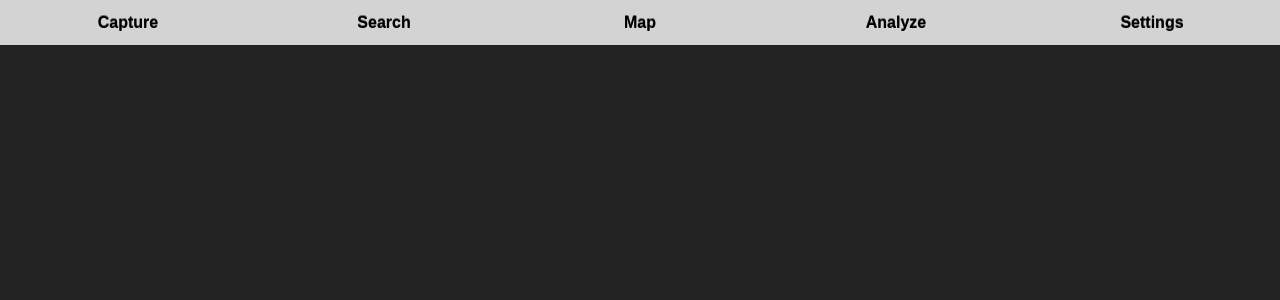
Repository: alightnin/WiFiGeolocator
Page: Final Project/WifiGeolocator/assets/www/index.html
The author's editor kept a copy of each file at every save. The page is drawn from the files as they stood at one save, then again after the next save.
The browser window is 1280 px wide. The pictures show the whole page.

Above is the page before, as saved 2012-10-17 15:23:31.
Not found: Final Project/WifiGeolocator/assets/www/js/app.js

### Final Project/WifiGeolocator/assets/www/index.html
<!DOCTYPE HTML>
<html>
	<head>
		<meta name="viewport" content="width=device-width, initial-scale=1.0, user-scalable=0, minimum-scale=1.0, maximum-scale=1.0">
		<meta name="apple-mobile-web-app-capable" content="yes" />
		<link rel="stylesheet" href="css/geolocator.css">
		<script src="cordova-2.0.0.js"></script>
		<script src="js/iscroll-lite.js"></script>
		<script src="js/jquery-1.8.2.min.js"></script>
		<script src="js/app.js"></script>
		<script>
		$('#tab-bar a').on('click', function(e){
		    e.preventDefault();
		    var nextPage = $(e.target.hash);
		    $("#pages .current").removeClass("current");
		    nextPage.addClass("current");
		});
		</script>
		<title>WiFi GeoLocator</title>
	</head>
	<body>
		<header>
			<ul id="tab-bar">
    			<li><a href="#capture">Capture</a></li>
    			<li><a href="#search">Search</a></li>
    			<li><a href="#map">Map</a></li>
    			<li><a href="#analyze">Analyze</a></li>
    			<li><a href="#settings">Settings</a></li>
			</ul>
		</header>
		<div id="wrapper">
			<div id="main-content">
				<div id="pages">
    				<div id="capture" class="current">
    				</div>
    				<div id="search">
    				</div>
    				<div id="map">
    				</div>
    				<div id="analyze">
    				</div>
    				<div id="settings">
    				</div>
				</div>
			</div>
		</div>
	</body>
</html>

### Final Project/WifiGeolocator/assets/www/css/geolocator.css
html, body{
 margin: 0;
 padding: 0;
 border: 0;
}
body {
 font-family:Arial,  sans-serif;
 line-height:1.5;
 font-size:16px;
 background: #fff;
 padding:5px;
 color: #000000;
 word-wrap: break-word;
 -webkit-text-size-adjust: none;
}
h1, h2, h3, h4, h5, h6{ font-weight: normal; }
p img { float: left; margin: 0 10px 5px 0; padding: 0; }
img { border: 0; max-width: 100%; }
body{
    background: #222;
}
header{
    top:0; left:0;
    height:45px;
}
footer {
    bottom:0; left:0;
    height:48px;
    background-color:#c27b00;
    border-top:1px solid #eee;
}
header, footer{
    background-color:#d3d3d3;
    padding:0;
    position:absolute;
    z-index:2;
    font-size:16px;
    width:100%;
    text-align:center;
    color:#000000;
    font-weight:bold;
    text-shadow:0 -1px 0 rgba(0,0,0,0.5);
    line-height:45px;
}
h1{
    margin:0;
    text-transform: uppercase;
}
#wrapper {
    position:absolute;
    z-index:1;
    top:45px; bottom:48px; left:0;
    width:100%;
    overflow:auto;
}
#main-content {
    position:absolute;
    z-index:1;
    width:100%;
    padding:0;
}
#tab-bar{
    margin:0;
    padding:0;
}
#tab-bar li {
    display: inline;
    float:left;
    width: 20%;
}
#tab-bar a {
    color: #000000;
    display: block;
    overflow: hidden;
    position: relative;
    text-align: center;
    text-decoration: none;
    -webkit-touch-callout:none;
}
#pages > div {
    display: none;
    position: absolute;
    top:0;left:0;
    width:100%;
}
#pages > div.current {
    display: block;
}
#pages{
    position:relative;
}
.in, .out {
    -webkit-animation-timing-function: ease-in-out;
    -webkit-animation-duration: 400ms;
}
@-webkit-keyframes fade-in {
    from { opacity: 0; } to { opacity: 1; }
}
.fade.in {
    -webkit-animation-name: fade-in;
    z-index: 5;
}
.fade.out {
    z-index: 0;
}

### Final Project/WifiGeolocator/assets/www/js/iscroll-lite.js
/*!
 * iScroll Lite base on iScroll v4.1.6 ~ Copyright (c) 2011 Matteo Spinelli, http://cubiq.org
 * Released under MIT license, http://cubiq.org/license
 */

(function(){
var m = Math,
	mround = function (r) { return r >> 0; },
	vendor = (/webkit/i).test(navigator.appVersion) ? 'webkit' :
		(/firefox/i).test(navigator.userAgent) ? 'Moz' :
		'opera' in window ? 'O' : '',

    // Browser capabilities
    isAndroid = (/android/gi).test(navigator.appVersion),
    isIDevice = (/iphone|ipad/gi).test(navigator.appVersion),
    isPlaybook = (/playbook/gi).test(navigator.appVersion),
    isTouchPad = (/hp-tablet/gi).test(navigator.appVersion),

    has3d = 'WebKitCSSMatrix' in window && 'm11' in new WebKitCSSMatrix(),
    hasTouch = 'ontouchstart' in window && !isTouchPad,
    hasTransform = vendor + 'Transform' in document.documentElement.style,
    hasTransitionEnd = isIDevice || isPlaybook,

	nextFrame = (function() {
	    return window.requestAnimationFrame
			|| window.webkitRequestAnimationFrame
			|| window.mozRequestAnimationFrame
			|| window.oRequestAnimationFrame
			|| window.msRequestAnimationFrame
			|| function(callback) { return setTimeout(callback, 17); }
	})(),
	cancelFrame = (function () {
	    return window.cancelRequestAnimationFrame
			|| window.webkitCancelAnimationFrame
			|| window.webkitCancelRequestAnimationFrame
			|| window.mozCancelRequestAnimationFrame
			|| window.oCancelRequestAnimationFrame
			|| window.msCancelRequestAnimationFrame
			|| clearTimeout
	})(),

	// Events
	RESIZE_EV = 'onorientationchange' in window ? 'orientationchange' : 'resize',
	START_EV = hasTouch ? 'touchstart' : 'mousedown',
	MOVE_EV = hasTouch ? 'touchmove' : 'mousemove',
	END_EV = hasTouch ? 'touchend' : 'mouseup',
	CANCEL_EV = hasTouch ? 'touchcancel' : 'mouseup',

	// Helpers
	trnOpen = 'translate' + (has3d ? '3d(' : '('),
	trnClose = has3d ? ',0)' : ')',

	// Constructor
	iScroll = function (el, options) {
		var that = this,
			doc = document,
			i;

		that.wrapper = typeof el == 'object' ? el : doc.getElementById(el);
		that.wrapper.style.overflow = 'hidden';
		that.scroller = that.wrapper.children[0];

		// Default options
		that.options = {
			hScroll: true,
			vScroll: true,
			x: 0,
			y: 0,
			bounce: true,
			bounceLock: false,
			momentum: true,
			lockDirection: true,
			useTransform: true,
			useTransition: false,

			// Events
			onRefresh: null,
			onBeforeScrollStart: function (e) { e.preventDefault(); },
			onScrollStart: null,
			onBeforeScrollMove: null,
			onScrollMove: null,
			onBeforeScrollEnd: null,
			onScrollEnd: null,
			onTouchEnd: null,
			onDestroy: null
		};

		// User defined options
		for (i in options) that.options[i] = options[i];

		// Set starting position
		that.x = that.options.x;
		that.y = that.options.y;

		// Normalize options
		that.options.useTransform = hasTransform ? that.options.useTransform : false;
		that.options.hScrollbar = that.options.hScroll && that.options.hScrollbar;
		that.options.vScrollbar = that.options.vScroll && that.options.vScrollbar;
		that.options.useTransition = hasTransitionEnd && that.options.useTransition;

		// Set some default styles
		that.scroller.style[vendor + 'TransitionProperty'] = that.options.useTransform ? '-' + vendor.toLowerCase() + '-transform' : 'top left';
		that.scroller.style[vendor + 'TransitionDuration'] = '0';
		that.scroller.style[vendor + 'TransformOrigin'] = '0 0';
		if (that.options.useTransition) that.scroller.style[vendor + 'TransitionTimingFunction'] = 'cubic-bezier(0.33,0.66,0.66,1)';

		if (that.options.useTransform) that.scroller.style[vendor + 'Transform'] = trnOpen + that.x + 'px,' + that.y + 'px' + trnClose;
		else that.scroller.style.cssText += ';position:absolute;top:' + that.y + 'px;left:' + that.x + 'px';

		that.refresh();

		that._bind(RESIZE_EV, window);
		that._bind(START_EV);
		if (!hasTouch) that._bind('mouseout', that.wrapper);
	};

// Prototype
iScroll.prototype = {
	enabled: true,
	x: 0,
	y: 0,
	steps: [],
	scale: 1,

	handleEvent: function (e) {
		var that = this;
		switch(e.type) {
			case START_EV:
				if (!hasTouch && e.button !== 0) return;
				that._start(e);
				break;
			case MOVE_EV: that._move(e); break;
			case END_EV:
			case CANCEL_EV: that._end(e); break;
			case RESIZE_EV: that._resize(); break;
			case 'mouseout': that._mouseout(e); break;
			case 'webkitTransitionEnd': that._transitionEnd(e); break;
		}
	},

	_resize: function () {
		this.refresh();
	},

	_pos: function (x, y) {
		x = this.hScroll ? x : 0;
		y = this.vScroll ? y : 0;

		if (this.options.useTransform) {
			this.scroller.style[vendor + 'Transform'] = trnOpen + x + 'px,' + y + 'px' + trnClose + ' scale(' + this.scale + ')';
		} else {
			x = mround(x);
			y = mround(y);
			this.scroller.style.left = x + 'px';
			this.scroller.style.top = y + 'px';
		}

		this.x = x;
		this.y = y;
	},

	_start: function (e) {
		var that = this,
			point = hasTouch ? e.touches[0] : e,
			matrix, x, y;

		if (!that.enabled) return;

		if (that.options.onBeforeScrollStart) that.options.onBeforeScrollStart.call(that, e);

		if (that.options.useTransition) that._transitionTime(0);

		that.moved = false;
		that.animating = false;
		that.zoomed = false;
		that.distX = 0;
		that.distY = 0;
		that.absDistX = 0;
		that.absDistY = 0;
		that.dirX = 0;
		that.dirY = 0;

		if (that.options.momentum) {
			if (that.options.useTransform) {
				// Very lame general purpose alternative to CSSMatrix
				matrix = getComputedStyle(that.scroller, null)[vendor + 'Transform'].replace(/[^0-9-.,]/g, '').split(',');
				x = matrix[4] * 1;
				y = matrix[5] * 1;
			} else {
				x = getComputedStyle(that.scroller, null).left.replace(/[^0-9-]/g, '') * 1;
				y = getComputedStyle(that.scroller, null).top.replace(/[^0-9-]/g, '') * 1;
			}

			if (x != that.x || y != that.y) {
				if (that.options.useTransition) that._unbind('webkitTransitionEnd');
				else cancelFrame(that.aniTime);
				that.steps = [];
				that._pos(x, y);
			}
		}

		that.startX = that.x;
		that.startY = that.y;
		that.pointX = point.pageX;
		that.pointY = point.pageY;

		that.startTime = e.timeStamp || Date.now();

		if (that.options.onScrollStart) that.options.onScrollStart.call(that, e);

		that._bind(MOVE_EV);
		that._bind(END_EV);
		that._bind(CANCEL_EV);
	},

	_move: function (e) {
		var that = this,
			point = hasTouch ? e.touches[0] : e,
			deltaX = point.pageX - that.pointX,
			deltaY = point.pageY - that.pointY,
			newX = that.x + deltaX,
			newY = that.y + deltaY,
			timestamp = e.timeStamp || Date.now();

		if (that.options.onBeforeScrollMove) that.options.onBeforeScrollMove.call(that, e);

		that.pointX = point.pageX;
		that.pointY = point.pageY;

		// Slow down if outside of the boundaries
		if (newX > 0 || newX < that.maxScrollX) {
			newX = that.options.bounce ? that.x + (deltaX / 2) : newX >= 0 || that.maxScrollX >= 0 ? 0 : that.maxScrollX;
		}
		if (newY > 0 || newY < that.maxScrollY) {
			newY = that.options.bounce ? that.y + (deltaY / 2) : newY >= 0 || that.maxScrollY >= 0 ? 0 : that.maxScrollY;
		}

		that.distX += deltaX;
		that.distY += deltaY;
		that.absDistX = m.abs(that.distX);
		that.absDistY = m.abs(that.distY);

		if (that.absDistX < 6 && that.absDistY < 6) {
			return;
		}

		// Lock direction
		if (that.options.lockDirection) {
			if (that.absDistX > that.absDistY + 5) {
				newY = that.y;
				deltaY = 0;
			} else if (that.absDistY > that.absDistX + 5) {
				newX = that.x;
				deltaX = 0;
			}
		}

		that.moved = true;
		that._pos(newX, newY);
		that.dirX = deltaX > 0 ? -1 : deltaX < 0 ? 1 : 0;
		that.dirY = deltaY > 0 ? -1 : deltaY < 0 ? 1 : 0;

		if (timestamp - that.startTime > 300) {
			that.startTime = timestamp;
			that.startX = that.x;
			that.startY = that.y;
		}

		if (that.options.onScrollMove) that.options.onScrollMove.call(that, e);
	},

	_end: function (e) {
		if (hasTouch && e.touches.length != 0) return;

		var that = this,
			point = hasTouch ? e.changedTouches[0] : e,
			target, ev,
			momentumX = { dist:0, time:0 },
			momentumY = { dist:0, time:0 },
			duration = (e.timeStamp || Date.now()) - that.startTime,
			newPosX = that.x,
			newPosY = that.y,
			newDuration;

		that._unbind(MOVE_EV);
		that._unbind(END_EV);
		that._unbind(CANCEL_EV);

		if (that.options.onBeforeScrollEnd) that.options.onBeforeScrollEnd.call(that, e);

		if (!that.moved) {
			if (hasTouch) {
				// Find the last touched element
				target = point.target;
				while (target.nodeType != 1) target = target.parentNode;

				if (target.tagName != 'SELECT' && target.tagName != 'INPUT' && target.tagName != 'TEXTAREA') {
					ev = document.createEvent('MouseEvents');
					ev.initMouseEvent('click', true, true, e.view, 1,
						point.screenX, point.screenY, point.clientX, point.clientY,
						e.ctrlKey, e.altKey, e.shiftKey, e.metaKey,
						0, null);
					ev._fake = true;
					target.dispatchEvent(ev);
				}
			}

			that._resetPos(200);

			if (that.options.onTouchEnd) that.options.onTouchEnd.call(that, e);
			return;
		}

		if (duration < 300 && that.options.momentum) {
			momentumX = newPosX ? that._momentum(newPosX - that.startX, duration, -that.x, that.scrollerW - that.wrapperW + that.x, that.options.bounce ? that.wrapperW : 0) : momentumX;
			momentumY = newPosY ? that._momentum(newPosY - that.startY, duration, -that.y, (that.maxScrollY < 0 ? that.scrollerH - that.wrapperH + that.y : 0), that.options.bounce ? that.wrapperH : 0) : momentumY;

			newPosX = that.x + momentumX.dist;
			newPosY = that.y + momentumY.dist;

 			if ((that.x > 0 && newPosX > 0) || (that.x < that.maxScrollX && newPosX < that.maxScrollX)) momentumX = { dist:0, time:0 };
 			if ((that.y > 0 && newPosY > 0) || (that.y < that.maxScrollY && newPosY < that.maxScrollY)) momentumY = { dist:0, time:0 };
		}

		if (momentumX.dist || momentumY.dist) {
			newDuration = m.max(m.max(momentumX.time, momentumY.time), 10);

			that.scrollTo(mround(newPosX), mround(newPosY), newDuration);

			if (that.options.onTouchEnd) that.options.onTouchEnd.call(that, e);
			return;
		}

		that._resetPos(200);
		if (that.options.onTouchEnd) that.options.onTouchEnd.call(that, e);
	},

	_resetPos: function (time) {
		var that = this,
			resetX = that.x >= 0 ? 0 : that.x < that.maxScrollX ? that.maxScrollX : that.x,
			resetY = that.y >= 0 || that.maxScrollY > 0 ? 0 : that.y < that.maxScrollY ? that.maxScrollY : that.y;

		if (resetX == that.x && resetY == that.y) {
			if (that.moved) {
				if (that.options.onScrollEnd) that.options.onScrollEnd.call(that);		// Execute custom code on scroll end
				that.moved = false;
			}

			return;
		}

		that.scrollTo(resetX, resetY, time || 0);
	},

	_mouseout: function (e) {
		var t = e.relatedTarget;

		if (!t) {
			this._end(e);
			return;
		}

		while (t = t.parentNode) if (t == this.wrapper) return;

		this._end(e);
	},

	_transitionEnd: function (e) {
		var that = this;

		if (e.target != that.scroller) return;

		that._unbind('webkitTransitionEnd');

		that._startAni();
	},

	/**
	 *
	 * Utilities
	 *
	 */
	_startAni: function () {
		var that = this,
			startX = that.x, startY = that.y,
			startTime = Date.now(),
			step, easeOut,
			animate;

		if (that.animating) return;

		if (!that.steps.length) {
			that._resetPos(400);
			return;
		}

		step = that.steps.shift();

		if (step.x == startX && step.y == startY) step.time = 0;

		that.animating = true;
		that.moved = true;

		if (that.options.useTransition) {
			that._transitionTime(step.time);
			that._pos(step.x, step.y);
			that.animating = false;
			if (step.time) that._bind('webkitTransitionEnd');
			else that._resetPos(0);
			return;
		}

		animate = function () {
			var now = Date.now(),
				newX, newY;

			if (now >= startTime + step.time) {
				that._pos(step.x, step.y);
				that.animating = false;
				if (that.options.onAnimationEnd) that.options.onAnimationEnd.call(that);			// Execute custom code on animation end
				that._startAni();
				return;
			}

			now = (now - startTime) / step.time - 1;
			easeOut = m.sqrt(1 - now * now);
			newX = (step.x - startX) * easeOut + startX;
			newY = (step.y - startY) * easeOut + startY;
			that._pos(newX, newY);
			if (that.animating) that.aniTime = nextFrame(animate);
		};

		animate();
	},

	_transitionTime: function (time) {
		this.scroller.style[vendor + 'TransitionDuration'] = time + 'ms';
	},

	_momentum: function (dist, time, maxDistUpper, maxDistLower, size) {
		var deceleration = 0.0006,
			speed = m.abs(dist) / time,
			newDist = (speed * speed) / (2 * deceleration),
			newTime = 0, outsideDist = 0;

		// Proportinally reduce speed if we are outside of the boundaries
		if (dist > 0 && newDist > maxDistUpper) {
			outsideDist = size / (6 / (newDist / speed * deceleration));
			maxDistUpper = maxDistUpper + outsideDist;
			speed = speed * maxDistUpper / newDist;
			newDist = maxDistUpper;
		} else if (dist < 0 && newDist > maxDistLower) {
			outsideDist = size / (6 / (newDist / speed * deceleration));
			maxDistLower = maxDistLower + outsideDist;
			speed = speed * maxDistLower / newDist;
			newDist = maxDistLower;
		}

		newDist = newDist * (dist < 0 ? -1 : 1);
		newTime = speed / deceleration;

		return { dist: newDist, time: mround(newTime) };
	},

	_offset: function (el) {
		var left = -el.offsetLeft,
			top = -el.offsetTop;

		while (el = el.offsetParent) {
			left -= el.offsetLeft;
			top -= el.offsetTop;
		}

		return { left: left, top: top };
	},

	_bind: function (type, el, bubble) {
		(el || this.scroller).addEventListener(type, this, !!bubble);
	},

	_unbind: function (type, el, bubble) {
		(el || this.scroller).removeEventListener(type, this, !!bubble);
	},


	/**
	 *
	 * Public methods
	 *
	 */
	destroy: function () {
		var that = this;

		that.scroller.style[vendor + 'Transform'] = '';

		// Remove the event listeners
		that._unbind(RESIZE_EV, window);
		that._unbind(START_EV);
		that._unbind(MOVE_EV);
		that._unbind(END_EV);
		that._unbind(CANCEL_EV);
		that._unbind('mouseout', that.wrapper);
		if (that.options.useTransition) that._unbind('webkitTransitionEnd');

		if (that.options.onDestroy) that.options.onDestroy.call(that);
	},

	refresh: function () {
		var that = this,
			offset;

		that.wrapperW = that.wrapper.clientWidth;
		that.wrapperH = that.wrapper.clientHeight;

		that.scrollerW = that.scroller.offsetWidth;
		that.scrollerH = that.scroller.offsetHeight;
		that.maxScrollX = that.wrapperW - that.scrollerW;
		that.maxScrollY = that.wrapperH - that.scrollerH;
		that.dirX = 0;
		that.dirY = 0;

		that.hScroll = that.options.hScroll && that.maxScrollX < 0;
		that.vScroll = that.options.vScroll && (!that.options.bounceLock && !that.hScroll || that.scrollerH > that.wrapperH);

		offset = that._offset(that.wrapper);
		that.wrapperOffsetLeft = -offset.left;
		that.wrapperOffsetTop = -offset.top;


		that.scroller.style[vendor + 'TransitionDuration'] = '0';

		that._resetPos(200);
	},

	scrollTo: function (x, y, time, relative) {
		var that = this,
			step = x,
			i, l;

		that.stop();

		if (!step.length) step = [{ x: x, y: y, time: time, relative: relative }];

		for (i=0, l=step.length; i<l; i++) {
			if (step[i].relative) { step[i].x = that.x - step[i].x; step[i].y = that.y - step[i].y; }
			that.steps.push({ x: step[i].x, y: step[i].y, time: step[i].time || 0 });
		}

		that._startAni();
	},

	scrollToElement: function (el, time) {
		var that = this, pos;
		el = el.nodeType ? el : that.scroller.querySelector(el);
		if (!el) return;

		pos = that._offset(el);
		pos.left += that.wrapperOffsetLeft;
		pos.top += that.wrapperOffsetTop;

		pos.left = pos.left > 0 ? 0 : pos.left < that.maxScrollX ? that.maxScrollX : pos.left;
		pos.top = pos.top > 0 ? 0 : pos.top < that.maxScrollY ? that.maxScrollY : pos.top;
		time = time === undefined ? m.max(m.abs(pos.left)*2, m.abs(pos.top)*2) : time;

		that.scrollTo(pos.left, pos.top, time);
	},

	disable: function () {
		this.stop();
		this._resetPos(0);
		this.enabled = false;

		// If disabled after touchstart we make sure that there are no left over events
		this._unbind(MOVE_EV);
		this._unbind(END_EV);
		this._unbind(CANCEL_EV);
	},

	enable: function () {
		this.enabled = true;
	},

	stop: function () {
		cancelFrame(this.aniTime);
		this.steps = [];
		this.moved = false;
		this.animating = false;
	}
};

if (typeof exports !== 'undefined') exports.iScroll = iScroll;
else window.iScroll = iScroll;

})();

Loaded but not shown: Final Project/WifiGeolocator/assets/www/js/cordova-2.0.0.js (library); Final Project/WifiGeolocator/assets/www/js/jquery-1.8.2.min.js (library)

After the next save:
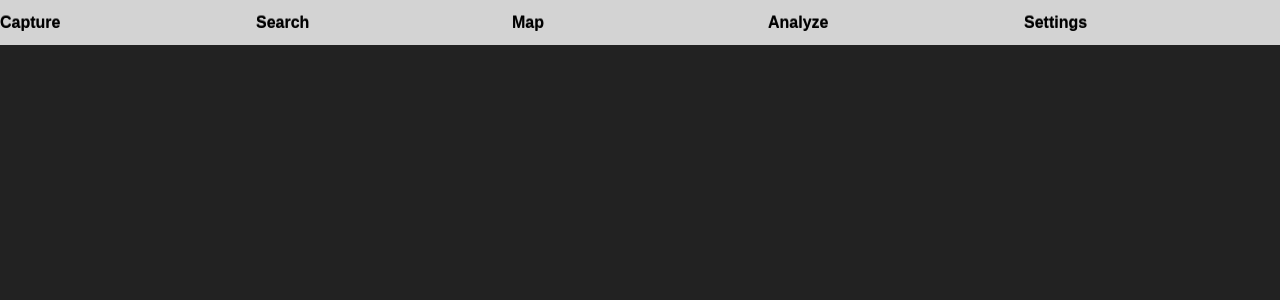
Saved 11 s later.
--- a/Final Project/WifiGeolocator/assets/www/css/geolocator.css
+++ b/Final Project/WifiGeolocator/assets/www/css/geolocator.css
@@ -73,7 +73,7 @@
     display: block;
     overflow: hidden;
     position: relative;
-    text-align: center;
+    text-align: left;
     text-decoration: none;
     -webkit-touch-callout:none;
 }

After the save that followed:
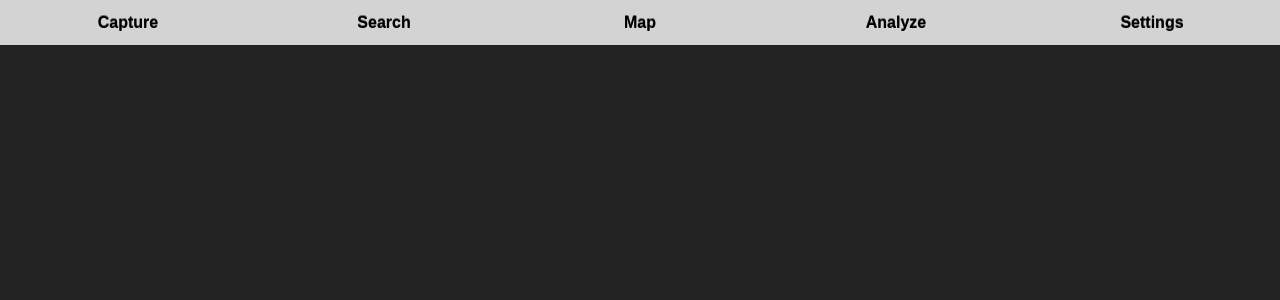
Saved 20 s later.
--- a/Final Project/WifiGeolocator/assets/www/css/geolocator.css
+++ b/Final Project/WifiGeolocator/assets/www/css/geolocator.css
@@ -73,7 +73,7 @@
     display: block;
     overflow: hidden;
     position: relative;
-    text-align: left;
+    text-align: center;
     text-decoration: none;
     -webkit-touch-callout:none;
 }
